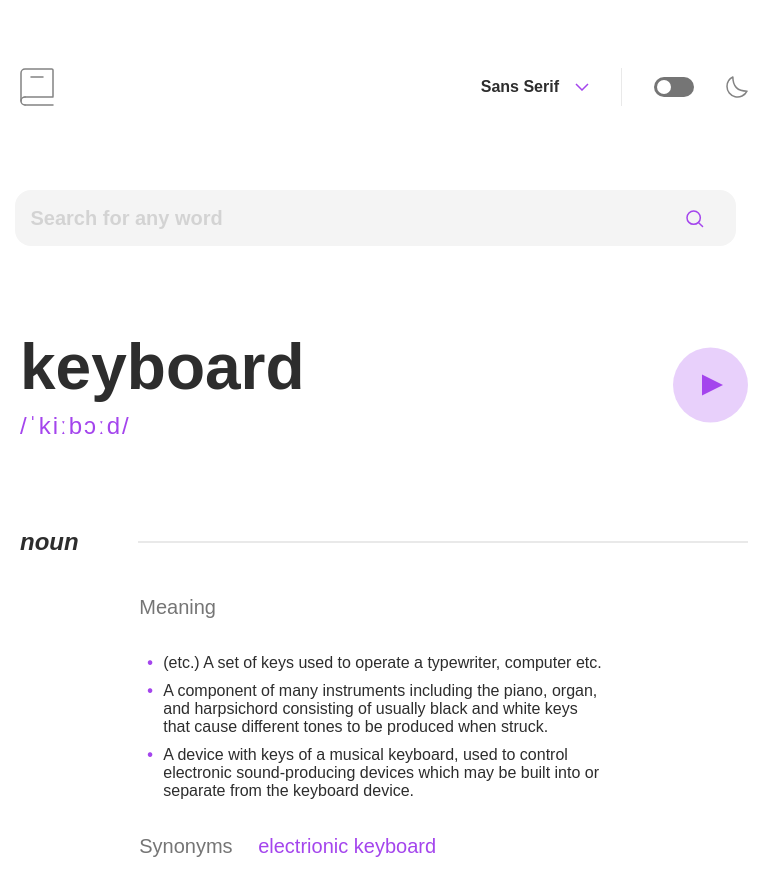
Repository: Arkitecth/dictionary-app
Page: index.html
These files come from the project's save history. The page is drawn as it stood at one moment and after the next save; the edit follows.
The browser window is 768 px wide. The pictures show the whole page.

Above is the page before, as saved 2023-07-20 17:45:19.

### index.html
<!DOCTYPE html>
<html lang="en">
<head>
  <meta charset="UTF-8">
  <meta name="viewport" content="width=device-width, initial-scale=1.0">
  <link rel="stylesheet" href="styles.css">
  <title>Dictionary</title>
</head>
<body>

  <!-- Navigation -->
  <nav>
    <img src="assets/images/logo.svg" alt="logo">

    <div class="right">
      <div class="fonts">
        <p>Sans Serif</p>
        <img src="assets/images/icon-arrow-down.svg" alt="icon-arrow-down">
      </div>

      <div class="ruler"></div>

      <div class="togglers">
        <!-- Rounded switch -->
        <label class="switch">
          <input type="checkbox">
          <span class="slider round"></span>
        </label>
        <img src="assets/images/icon-moon.svg" alt="moon-icon">
      </div>
    </div>
  </nav>


  <!-- Search Bar -->
  <section class="search">
    <label for="search-bar"></label>
    <input type="text" name="search-bar" id="search-bar" placeholder="Search for any word">
    <img src="assets/images/icon-search.svg" alt="search-icon" class="search-icon">
  </section>


  <main>
    <section class="word-view">
      <div class="word-group">
        <h1>keyboard</h1>
        <p>/ˈkiːbɔːd/</p>
      </div>
      <img class="icon-play" src="assets/images/icon-play.svg" alt="icon-play">
    </section>

    <div class="speech-part-group">
      <p class="speech-part">noun</p>
      <div class="grey-rule"></div>
    </div>

    <section class="description">
      <p>Meaning</p>
      <ul>
        <li>(etc.) A set of keys used to operate a typewriter, computer etc.</li>
        <li>A component of many instruments including the piano, organ, and harpsichord consisting of usually black and white keys that cause different tones to be produced when struck.</li>
        <li>A device with keys of a musical keyboard, used to control electronic sound-producing devices which may be built into or separate from the keyboard device.</li>
      </ul>
      <p class="synonymn">Synonyms <span>electrionic keyboard</span></p>

    </section>

    <!-- <div class="speech-part-group">
      <p class="speech-part">noun</p>
      <div class="grey-rule"></div>
    </div>

    <section class="description">
      <p>Meaning</p>
      <ul>
        <li>(etc.) A set of keys used to operate a typewriter, computer etc.</li>
        <li>A component of many instruments including the piano, organ, and harpsichord consisting of usually black and white keys that cause different tones to be produced when struck.</li>
        <li>A device with keys of a musical keyboard, used to control electronic sound-producing devices which may be built into or separate from the keyboard device.</li>
      </ul>
      <p class="synonymn">Synonyms <span>electrionic keyboard</span></p>

    </section>
    -->




  </main>

</body>
</html>

### styles.css
:root {
    --dark-grey: #757575;
    --purple:#a445ed;
    --light-grey:#f4f4f4;
    --dark-three:#2d2d2d;
    --lighter-grey:#e9e9e9;
}


* {
    margin: 0;
    padding: 0;
}



/* Main Styling */
body {
    max-width: 1100px;
    margin: 0 auto;
    font-family: sans-serif;
    color: var(--dark-three);
}


/* Light Styling */

/* Nav Styling */
nav {
    display: flex;
    justify-content: space-around;
    margin-top: 3rem;
}

.right {
    display: flex;
    gap: 2rem;
}

.fonts {
    display: flex;
    gap: 1rem;
    align-items: center;
    font-weight: 600;
}

.ruler {
    width: 1px;
    background-color: #e9e9e9;
}

.togglers {
    display: flex;
    gap: 2rem;
    align-items: center;
}



/* The switch - the box around the slider */
.switch {
  position: relative;
  display: inline-block;
  width: 40px;
  height: 20px;
}

/* Hide default HTML checkbox */
.switch input {
  opacity: 0;
  width: 0;
  height: 0;
}

/* The slider */
.slider {
  position: absolute;
  cursor: pointer;
  top: 0;
  left: 0;
  right: 0;
  bottom: 0;
  background-color: var(--dark-grey);
  -webkit-transition: .4s;
  transition: .4s;
}

.slider:before {
  position: absolute;
  content: "";
  height: 14px;
  width: 14px;
  left: 3px;
  bottom: 3px;
  background-color: white;
  -webkit-transition: .4s;
  transition: .4s;
}

input:checked + .slider {
  background-color: var(--purple)
}

input:focus + .slider {
  box-shadow: 0 0 1px var(--purple)
}

input:checked + .slider:before {
  -webkit-transform: translateX(20px);
  -ms-transform: translateX(20px);
  transform: translateX(20px);
}

/* Rounded sliders */
.slider.round {
  border-radius: 34px;
}

.slider.round:before {
  border-radius: 50%;
}



/* Search */

.search {
    text-align: center;
    margin-top: 4rem;
    display: flex;
    justify-content: center;
}

input[type="text"] {
    width:60%;
    height: 1.5rem;
    padding: 1rem;
    border-radius: 16px;
    border: none;
    background-color: var(--light-grey);
    outline: none;
    font-size: 20px;
    font-weight: 700;

}

input[type="text"]:active,
input[type="text"]:focus {
    border: 1px solid var(--purple);
}


input[type="text"]::placeholder {
    opacity: 0.25;
}

.search-icon {
    transform: translate(-50px,1px);
    text-align: center;
}



/* Word View */

.word-view {
    text-align: center;
    margin-top: 4rem;
    display: flex;
    justify-content: space-around;
}
.word-group h1 {
    font-size: 4rem;
}

.word-group p {
    text-align: left;
    font-size: 1.5rem;
    color: var(--purple);
    font-weight: 400;
    padding-top: 0.5rem;
    letter-spacing: 2px;
}


/* Speech Part(noun, pronoun, verb) */
.speech-part-group {
    display: flex;
    justify-content: center;
    align-items: center;
    gap: 20px;
    margin-top: 3rem;
}
.speech-part {
    text-align: left;
    font-size: 2rem;
    font-weight: 700;
    font-style: italic;
}
.grey-rule {
    border: 1px solid var(--lighter-grey);
    height: 0;
    width: 56%;
}

/* Description */
.description {
    /* width: fit-content;
    margin: 0 auto;
    margin-top: 2rem; */
    width: 64%;
    /* margin-left: 17.5%; */
    margin: 0 auto;
}


.description p {
    color: var(--dark-grey);
    text-align: left;
    font-size: 1.25rem;
    padding: 20px 1px;

}

ul {
    text-align: left;
    padding: 10px 20px;
    list-style: none;
}
ul li::before {
    content: "\2022";
    width: 1rem;
    font-weight: bold;
    display: inline-block;
    margin-left: -1em;
    color: var(--purple);
}
ul li{
    padding: 5px;
    color: var(--dark-three);
}
.synonymn span {
    color: var(--purple);
    padding: 0 20px;
}


/* Mobile Styels */

@media screen and (max-width:375px) {

    input[type="text"] {
        width: 327px;
    }
    .search {
        margin-left: 10px;
    }

    .word-group h1 {
        font-size: 32px;
    }

    .icon-play {
        width: 48px;
    }

    .description {
        width: 275px;
    }

    .speech-part {
        font-size: 18px;
    }

    .description p {
        font-size: 16px;
    }
}

@media screen and (max-width:768px) {
    nav {
        justify-content: space-between;
        padding: 20px;
    }
    input[type="text"] {
        width: 689px;
    }

    .word-view {
        justify-content: space-between;
        padding: 20px;
    }

    .speech-part-group {
        justify-content: space-between;
        padding: 20px;
    }

    .speech-part {
        text-align: left;
        font-size: 24px;
    }
    .grey-rule {
        border: 1px solid var(--lighter-grey);
        height: 0;
        width: 608px;
    }
    .description {
        text-align: left;
    }

}

After the next save:
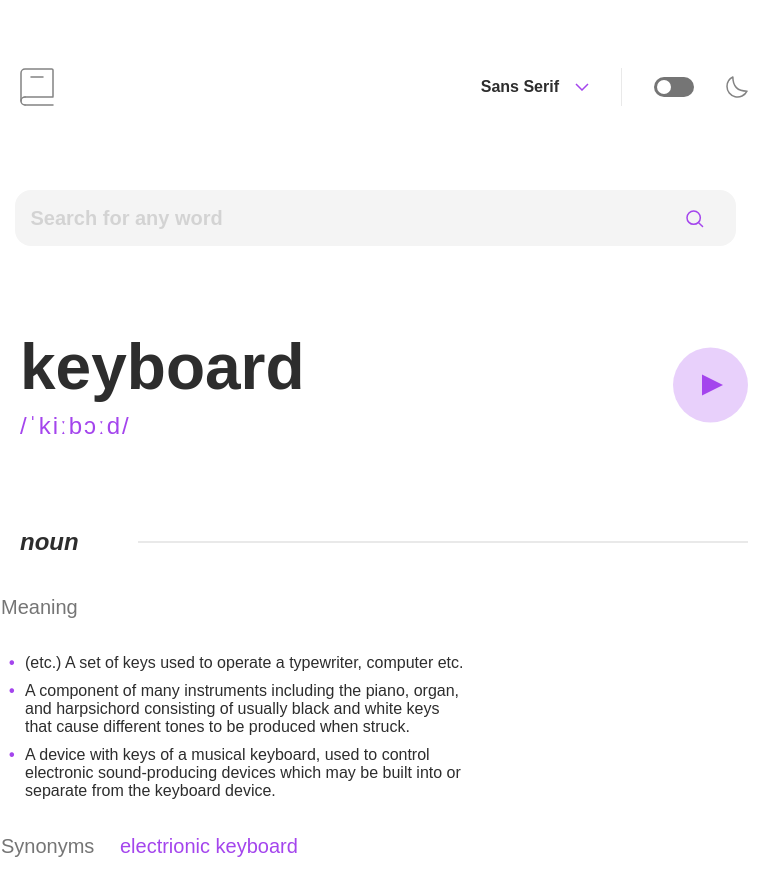
Saved 8 s later.
--- a/styles.css
+++ b/styles.css
@@ -307,6 +307,7 @@
     }
     .description {
         text-align: left;
-    }
-
-}
+        margin: 0;
+    }
+
+}
